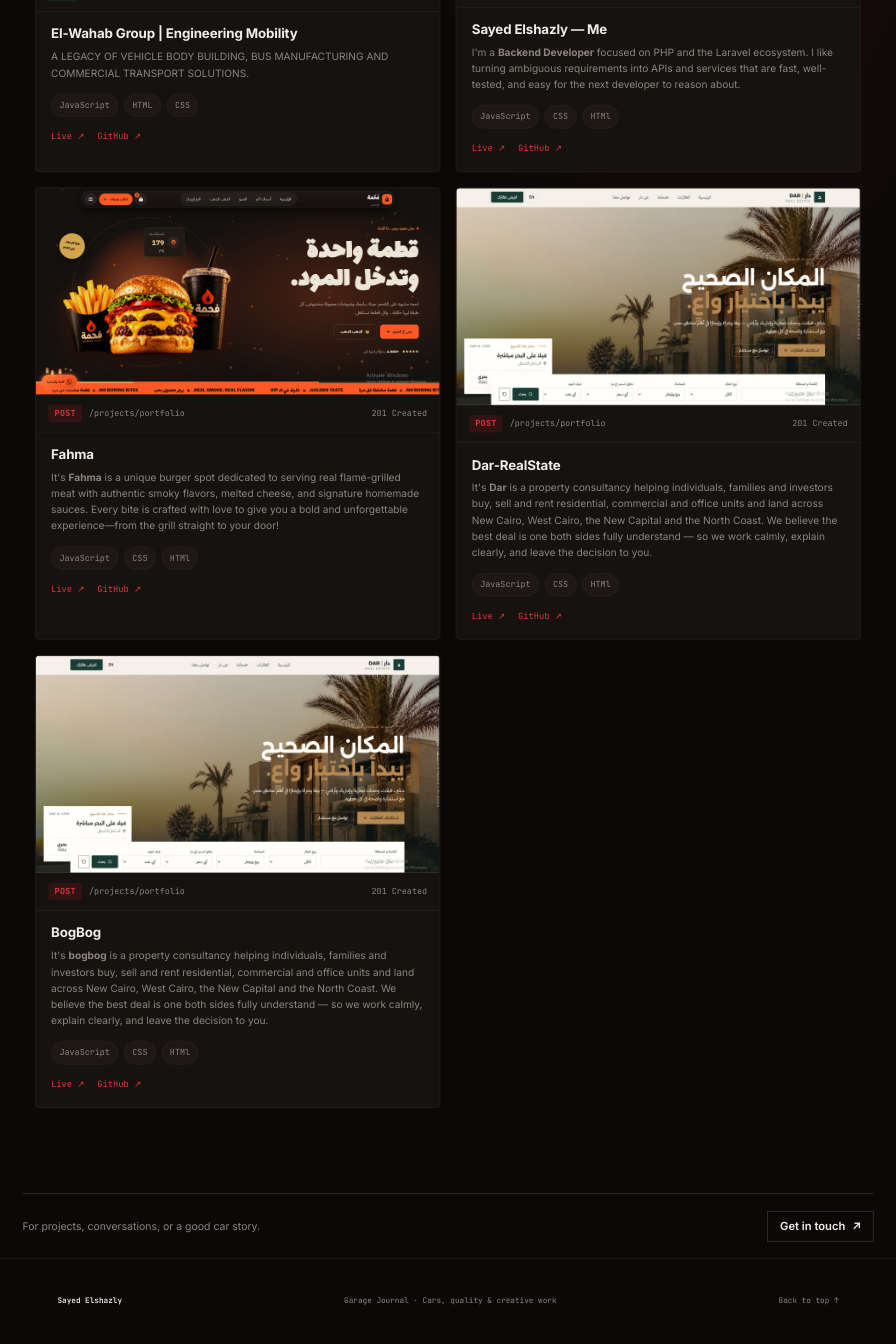
Repository: sayedelshazly/Portfolio.SE
Page: projects.html
These files come from the project's save history. The page is drawn as it stood at one moment and after the next save; the edit follows.
The browser window is 1280 px wide. The pictures show the part of the page from y = 747 to 2667 px (the page is 2667 px tall before and 2597 px after), at 70% of full size.

Above is the page before, as saved 2026-11-01 00:02:41.
Console error: TypeError: Cannot read properties of null (reading 'addEventListener')

After the next save:
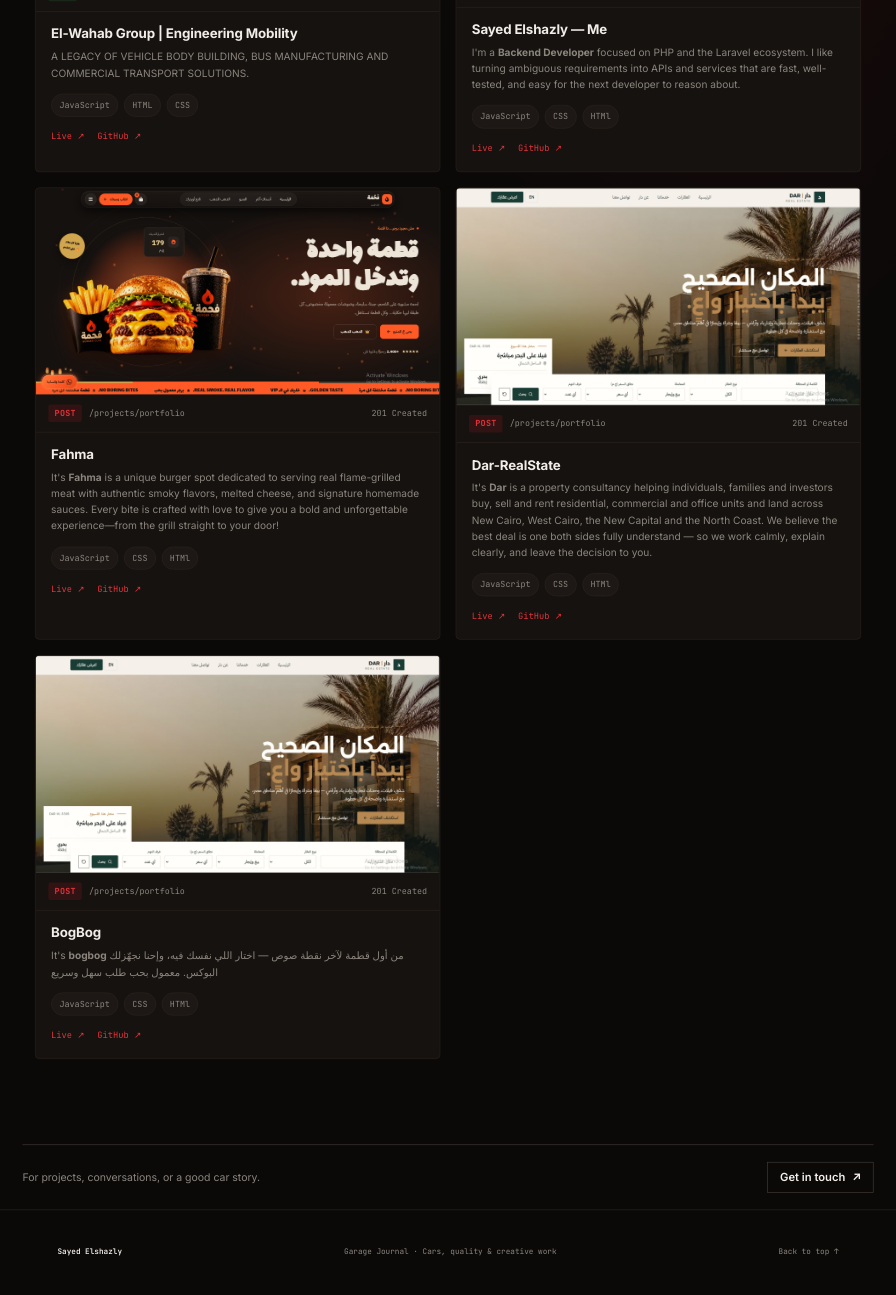
Saved 11 s later.
--- a/projects.html
+++ b/projects.html
@@ -201,12 +201,10 @@
                     </div>
                     <div class="pc-body">
                         <h3>BogBog</h3>
-                        <p>It's <b>bogbog</b> is a property consultancy helping individuals, families and investors
-                            buy, sell and rent residential, commercial and office units and land across New Cairo, West
-                            Cairo, the New Capital and the North Coast.
-
-                            We believe the best deal is one both sides fully understand — so we work calmly, explain
-                            clearly, and leave the decision to you.</p>
+                        <p>It's <b>bogbog</b> من أول قطمة لآخر نقطة صوص — اختار اللي نفسك فيه، وإحنا نجهّزلك البوكس.
+
+معمول بحب
+طلب سهل وسريع</p>
                         <div class="tag-row" style="margin-bottom:18px;">
                             <span class="tag">JavaScript</span><span class="tag">CSS</span><span class="tag">HTMl</span>
                         </div>
